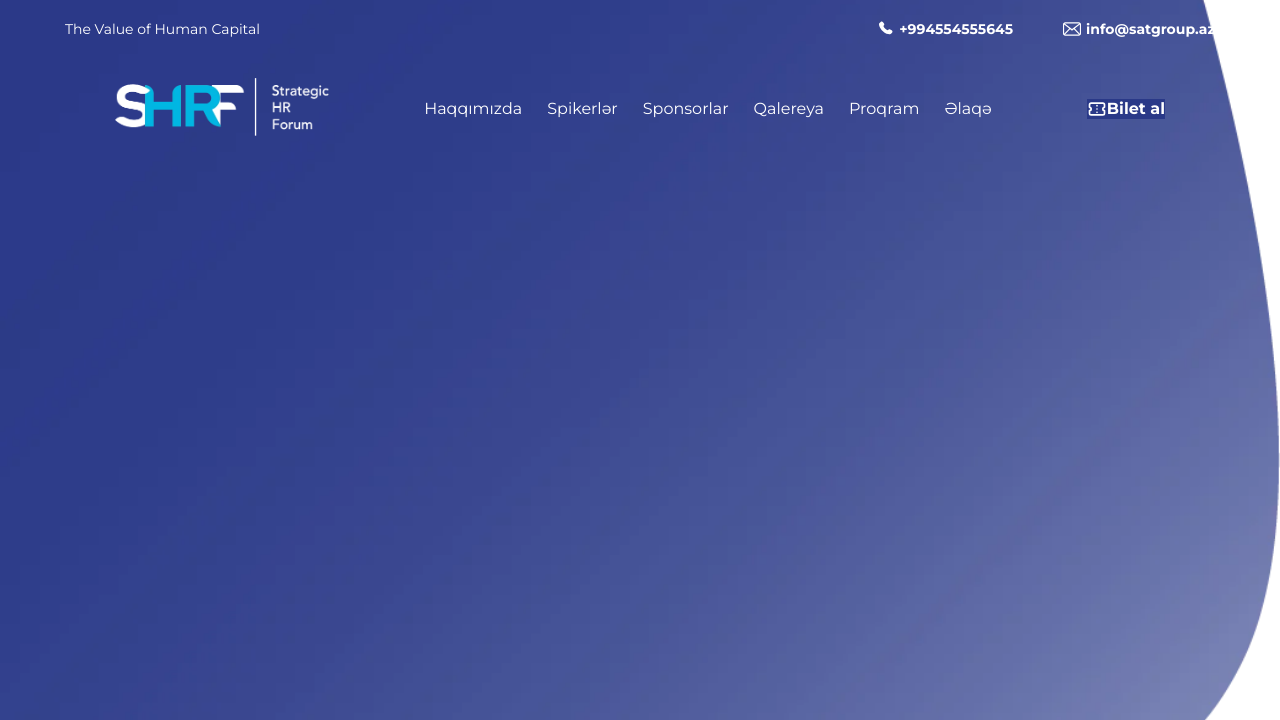
Repository: allahverdiyevabdulhasan/shrf
Page: /
An editor plug-in stored every save of this project. The page is shown before and after the next save, followed by the edit.
The browser window is 1280 px wide. The pictures show the whole page.
The project was rebuilt for these pictures with package versions that can differ from the ones it lists, and the page was loaded fresh each time. Also part of the build but not shown: vite.config.js, src/App.css.

Above is the page before, as saved 2024-08-16 09:59:04.

After the next save:
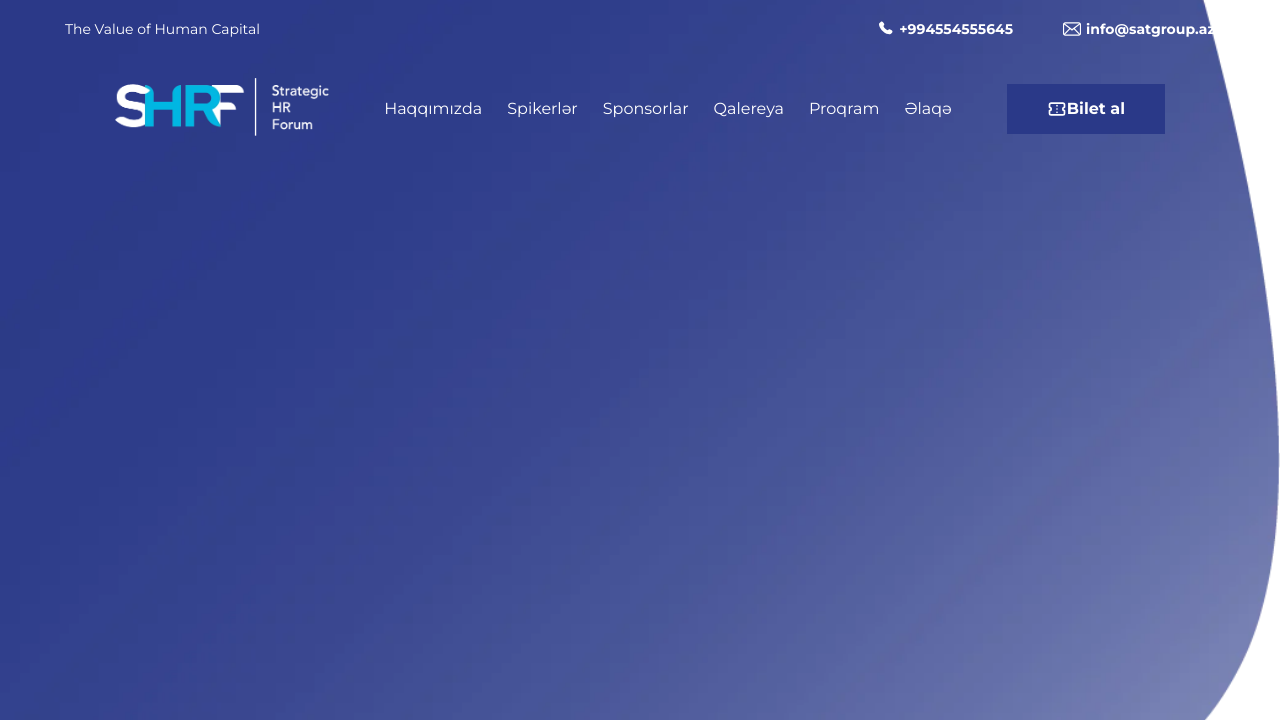
Saved 18 s later.
--- a/src/components/Header/style.module.css
+++ b/src/components/Header/style.module.css
@@ -66,5 +66,6 @@ header {
         font-size: 16px;
         font-weight: 700;
         color: #fff;
+        padding: 15px 40px;
     }
 }
